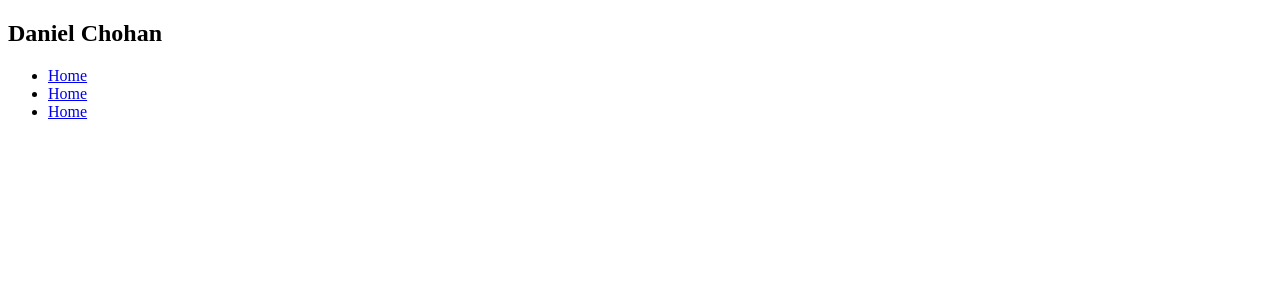
Repository: danielchohan/danielchohan
Page: aboutme.html
The author's editor kept a copy of each file at every save. The page is drawn from the files as they stood at one save, then again after the next save.
The browser window is 1280 px wide. The pictures show the whole page.

Above is the page before, as saved 2026-05-06 15:37:12.

After the next save:
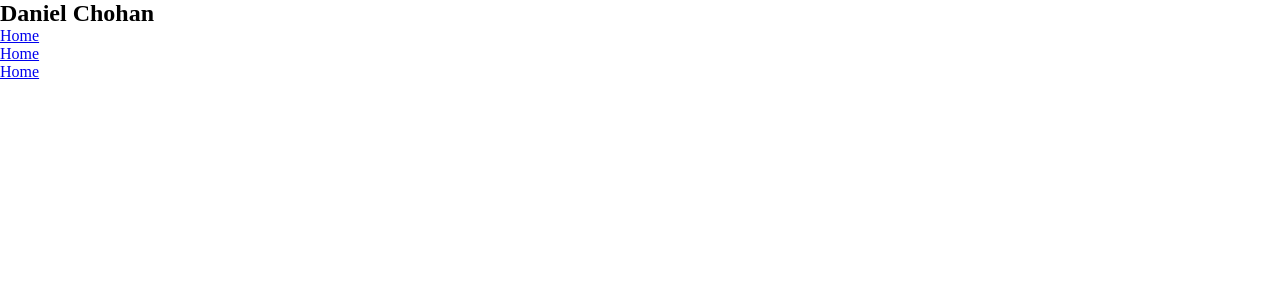
Saved 13 s later.
--- a/aboutme.html
+++ b/aboutme.html
@@ -4,6 +4,7 @@
     <meta charset="UTF-8">
     <meta name="viewport" content="width=device-width, initial-scale=1.0">
     <title>About Me</title>
+    <link rel="stylesheet" href="./styles/global.css">
 </head>
 <body>
 
@@ -16,7 +17,11 @@
     </ul>
 </nav>
 
-<section class="page-bg"
+<section class="page-bg">
+
+
+
+</section>
 
 
 </body>
